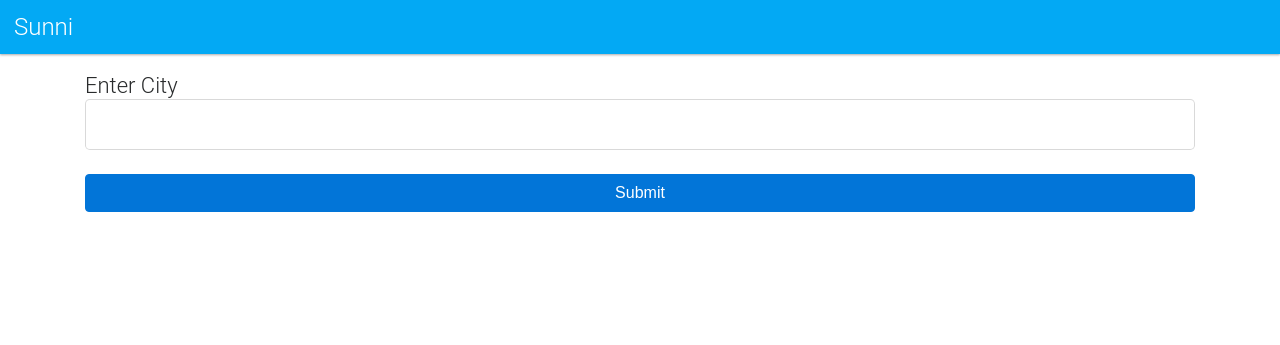
Repository: Oakga/Weather_app
Page: index.html
The author's editor kept a copy of each file at every save. The page is drawn from the files as they stood at one save, then again after the next save.
The browser window is 1280 px wide. The pictures show the whole page.

Above is the page before, as saved 2017-09-22 04:56:30.

After the next save:
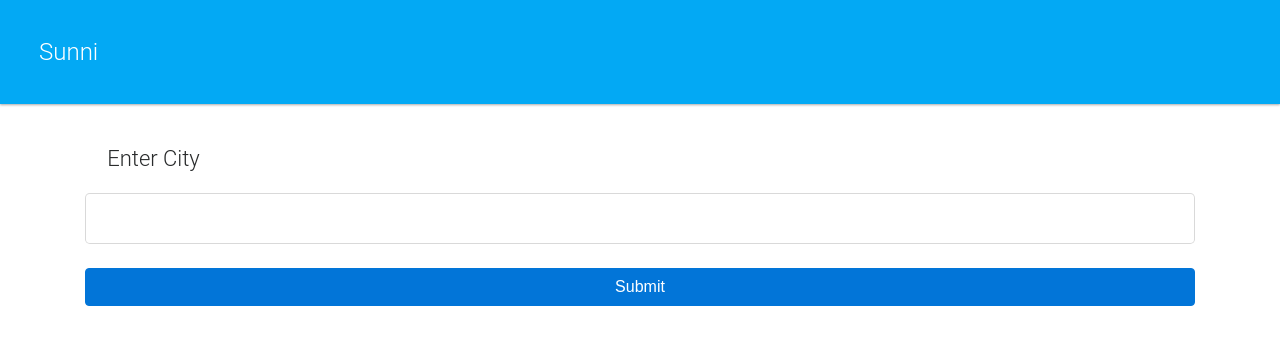
Saved 9 min 52 s later.
--- a/css/styles.css
+++ b/css/styles.css
@@ -13,6 +13,7 @@ header {
 
 h1, h2, h3 {
     font-weight: 300;
+    padding: 2%;
 }
 
 header > h1 {
